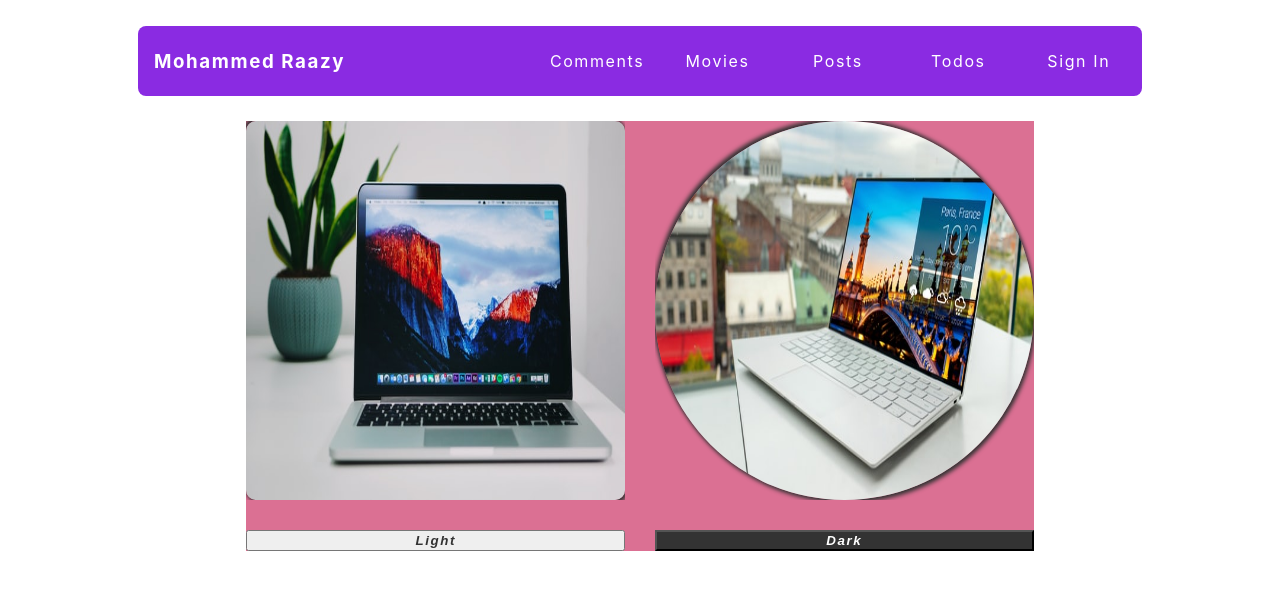
Repository: raazymuhd1/learn-nextjs
Page: /sass
An editor plug-in stored every save of this project. The page is shown before and after the next save, followed by the edit.
The browser window is 1280 px wide. The pictures show the whole page.
The page's requests for data from a server got no answer. The project was rebuilt for these pictures with package versions that can differ from the ones it lists, and the page was loaded fresh each time. The framework's server and built-in components were replaced by stand-ins that run in the browser. No one was signed in, and anything a server would have sent is missing.

Above is the page before, as saved 2021-09-04 20:52:58.

### pages/_app.js
import Layout from '../components/Layout'
import '../styles/globals.css'
import { createStore } from "redux"
import { Provider } from "react-redux"

import Themes from "../globalStyle/theme"

import  allReducers from "../reducers"

const store = createStore(allReducers)

function MyApp({ Component, pageProps }) {
  return (
    <Provider store={store}>
          <Themes>
             <Layout>
                <Component {...pageProps} />
            </Layout>
          </Themes>
    </Provider>
  )

}

export default MyApp

### pages/sass/index.js
import React from 'react'
import styles from "../../styles/sass.module.scss"
import Image from "next/image"
import { lp1, lp2} from "../../public"

const Sass = () => {
    return (
        <div className={styles.container}>
             <Image
             className={styles.square}
             src={lp1} width={400}
             height={400} placeholder="blur" />
             <Image
              className={styles.circle}
              src={lp2} width={400}
              height={400} placeholder="blur" />

             {/* lightMode btn */}
             <button className={styles.light}> Light </button>
             <button className={styles.dark}> Dark </button>
        </div>
    )
}

export default Sass

### components/Layout/index.js
import React, { useEffect } from 'react'
import Head from 'next/head'
import { Container, Main } from '../global'
import Navbar from '../Navbar'

const Layout = ({ children }) => {

    return (
        <Container>
            <Navbar />
            <Head>
                <meta name="description" content="nextjs app" />
                <title> Big Next Project </title>
            </Head>

            <Main>
                { children }
            </Main>
        </Container>
    )
}

export default Layout

### globalStyle/theme.js
import { ThemeProvider } from "styled-components"

import theme from "./defualtThemes"

const Theme = ({ children }) => {
    return (
        <ThemeProvider theme={theme}>
             { children }
        </ThemeProvider>
    )
}

export default Theme

### reducers/index.js
import { combineReducers } from "redux"
import { movies } from './movies'

const allReducers =  combineReducers({
       movies,
})

export default allReducers;

### styles/sass.module.scss
$col: #fff;
$bg: palevioletred;

@mixin images($circle: false) {
    border-radius: 10px;
    box-shadow: 2px 3px 4px #333, -2px -3px 4px #333 ;
    outline: none;

    @if $circle {
        border-radius: 50%;
    }
}

@mixin bgMode( $dark: false ) {
       @if $dark {
           background: #000;
       } @else {
           background: #fff;
       }
}

.container {
    background: $bg;
    width: 80%;
    margin: 20px auto;
    display: grid;
    grid-template-columns: repeat(2, 1fr);
    gap: 30px;

    .square {
        @include images($circle: false)
    }

    .circle {
        @include images($circle: true)
    }

    .light {
        color: #333;
        letter-spacing: 0.1rem;
        font-style: italic;
        font-weight: 600;
    }

    .dark {
        @extend .light;
        color: #fff;
        background: #333;
    }

}

### public/index.js
import lp1 from "./laptop1.jpg"
import lp2 from "./laptop2.jpg"
import wp1 from "./workspace6.jpg"
import wp2 from "./workspace setup.jpg"

export { lp1, lp2, wp1, wp2 }

### components/global/index.js
import styled from 'styled-components'

export const Container = styled.div`
    padding: 10px;
    width: 80%;
    margin: 1rem auto;
`
export const Main = styled.main`
    padding: 5px 10px;
`

### components/Navbar/index.js
import { LI, Nav, UL, HeadingThree } from "./styles";
import Link from "next/link"
import { useSession, signIn, signOut } from "next-auth/client"

const Navbar = () => {
     const [session, loading] = useSession()

    return (
        <Nav>
             <HeadingThree> Mohammed Raazy </HeadingThree>
             <UL>
                 <Link href="/comment">
                     <LI> Comments </LI>
                 </Link>
                 <Link href="/movies">
                     <LI> Movies </LI>
                 </Link>
                 <Link href="/posts">
                     <LI> Posts </LI>
                 </Link>
                 <Link href="/todo">
                     <LI> Todos </LI>
                 </Link>
                 { !session &&
                        <LI onClick={() => signIn()}> Sign In </LI>
                  }
                  { session && !loading &&
                        <LI onClick={() => signOut() } > Sign Out </LI>
                  }
             </UL>
        </Nav>
    )
}

export default Navbar;

### globalStyle/defualtThemes.js
const themes = {
    colors: {
        bg: "blueviolet",
        fnColor: "#333"
    },

    breakpoints: {
        sm: "screen and (max-width: 640px)",
        md: "screen and (max-width: 768px)",
        lg: "screen and (max-width: 1024px)",
        xl: "screen and (max-width: 1280px)"
    }
}

export default themes;

### reducers/movies.js
const initialState = [
    { id: 1, name: "Avengers", price: "3k" },
]

export const movies =  (state = initialState, action) => {
     switch(action.type) {
         case "addMovie":
               return [ ...state, { name: action.name, price: action.price } ]
        default:
            return state
     }
}

### components/Navbar/styles.js
import styled from "styled-components"

export const Nav = styled.nav`
    padding: 5px 1rem;
    display: flex;
    align-items: center;
    justify-content: space-between;
    background:${({theme}) => theme.colors.bg } ;
    color: #fff;
    border-radius: 8px;
    letter-spacing: 0.1rem;

    @media ${({theme}) => theme.breakpoints.sm } {
         flex-direction: column;
         justify-content: center;
    }

`

export const HeadingThree = styled.h3`
    letter-spacing: 0.1rem;
`

export const UL = styled.div`
   display: grid;
   grid-template-columns: repeat(5, 1fr);
   justify-items: center;
   gap: 10px;
   cursor: pointer;

${'' /* small size */}
   @media ${({theme}) => theme.breakpoints.sm } {
       display: grid;
       grid-template-columns: repeat(3, 1fr);
       justify-items: center;
   }

   ${'' /* medium size */}
   @media ${({theme}) => theme.breakpoints.md} {
       margin-left: 1rem;
       grid-template-columns: repeat(3, 1fr);
   }
`

export const LI = styled.li`
    list-style: none;
    margin-left: 1rem;
`

Loaded but not shown: pages/_document.js (common file); styles/globals.css (common file)

After the next save:
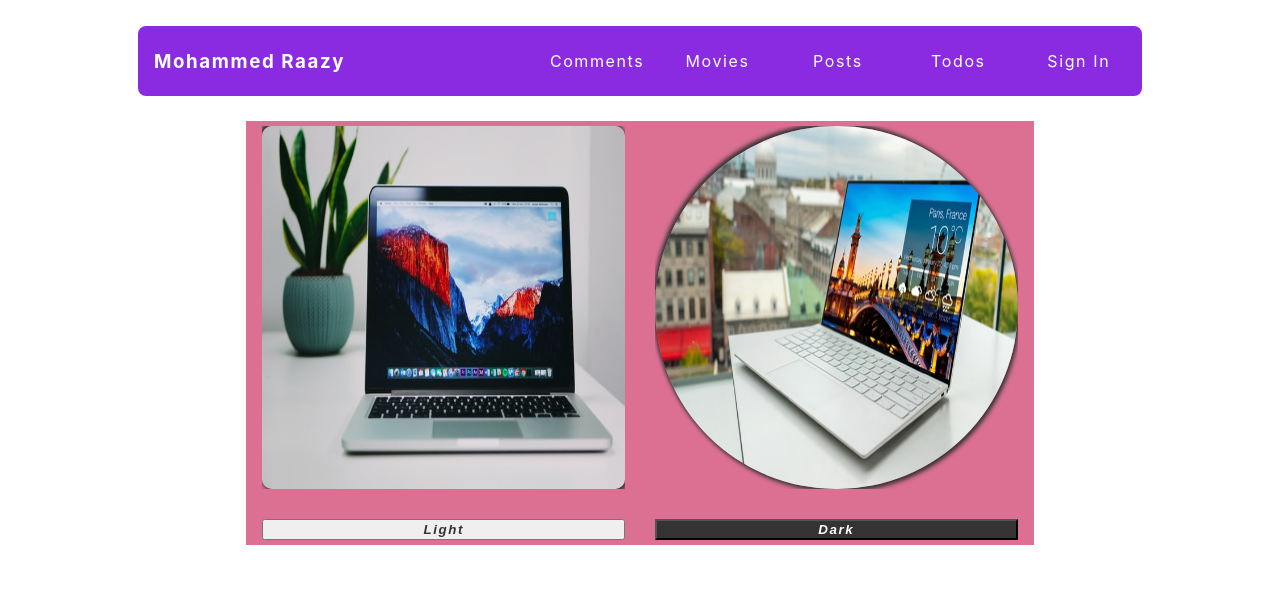
Saved 29 s later.
--- a/styles/sass.module.scss
+++ b/styles/sass.module.scss
@@ -1,5 +1,6 @@
 $col: #fff;
 $bg: palevioletred;
+$pad: 5px 1rem;
 
 @mixin images($circle: false) {
     border-radius: 10px;
@@ -21,6 +22,7 @@ $bg: palevioletred;
 
 .container {
     background: $bg;
+    padding: $pad;
     width: 80%;
     margin: 20px auto;
     display: grid;
